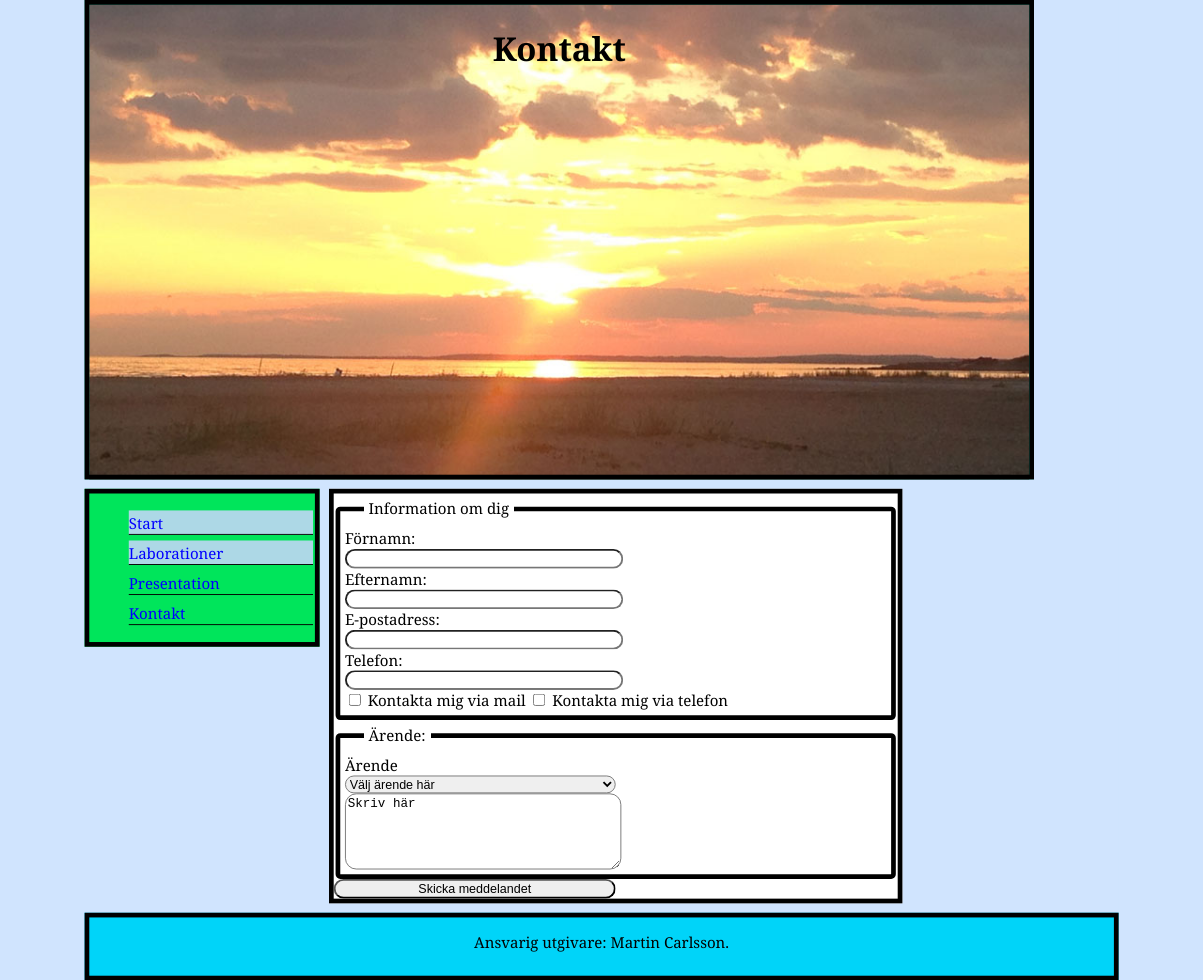
Repository: Martin-Carlsson85/HTML-och-CSS
Page: pages/kontakt.html
The author's editor kept a record of every edit. The page is drawn from the files as they stood at one moment, then again after the next edit.
The browser window is 1280 px wide. The pictures show the whole page, at 94% of full size.

Above is the page before.

### pages/kontakt.html
<!doctype html>
<html lang="sv">
    <head>
        <meta charset="utf-8" />

        <title>Kontakt</title>

         <link rel="stylesheet" href="../css/pics/style.css" />

    </head>

    <body>

         <div class="header">

        <h1>Kontakt</h1>

        </div>

         <div class="navigation">

        <ul>
            <li><a href="../index.html" class="active">Start</a></li>

            <li><a href="laborationer.html" class="active">Laborationer</a></li>

            <li><a href="presentation.html">Presentation</a></li>

            <li><a href="kontakt.html">Kontakt</a></li>
        </ul>

        <div class="clear"></div>

        </div>

         <div class="content">

        <form id="form" name="form" method="post" action="http://voyager.lnu.se/tekinet/kurser/dtt/wp_webbintro/form.php">

            <fieldset>
                <legend>Information om dig</legend>

                Förnamn:
                <input type="text" name="fnamn" id="fnamn" />

                Efternamn:
                <input type="text" name="enamn" id="enamn" />

                E-postadress:
                <input type="text" name="epost" id="epost" />

                Telefon:
                <input type="text" name="telefon" id="telefon" />

                <input type="checkbox" name="kontakt" id="kontakt" value="kontakt"/>
                <label for="kontakt">Kontakta mig via mail</label>

                <input type="checkbox" name="telefon2" id="telefon2" value="telefon"/>
                <label for="telefon">Kontakta mig via telefon</label>

            </fieldset>


            <fieldset>

                <legend>Ärende:</legend>
                <label for="arende">Ärende</label>

                <select name="arende2" id="arende">
                <option> Välj ärende här </option>
                <option value="var"> Synpunkter </option>
                <option value="var"> Frågor </option>
                </select>

                <textarea name="meddelande" id="meddelande" cols="45" rows="5" >Skriv här</textarea>

            </fieldset>

            <input type="submit" name="skicka" id="skicka" value="Skicka meddelandet" />

        </form>

        </div>

        <div class="clear"></div>

         <div class="footer">

         <p>Ansvarig utgivare: Martin Carlsson.</p>

         </div>

    </body>

</html>

### css/pics/style.css
body, html
{
    background-color: #d0e4fe;
    width:1100px;
    margin:auto;
    font-family: "Georgia", "Arial", "sans-serif";

}
.logotype{
    padding: 30px;
    position: absolute;
    top: 700px;

}
.container
{

    width:960px;

}


.clear{
    clear:both;
}

.content{
    background-color: white;
    float: left;
    width: 600px;
    border-style:solid;
    border-width:5px;


}
.liststyle
{

    padding-left:25px;
}

.liststyle_2 ul li
{
    padding: 0px;
    list-style-type: none;
}

.liststyle_3 ul li{

    padding: 0px;
    list-style-type: none;
}

.liststyle_4{

    padding: 0px;
}

.liststyle_5{

    padding: 0px;
}


.vektor{
    float: left;
}

.header{
    background-image: url(bild_halmstad_2.jpg);
    background-repeat: no-repeat;
    background-color: #16a085;
    text-align: center ;
    height: 500px;
    width: 1000px;
    margin: 0px;
    border-width:5px;
    border-style:solid;
    margin-bottom: 10px;

}
.footer{
    text-align: center ;
    height:62px;
    background-color:#00D4F9;
    border-width:5px;
    border-style:solid;
    margin-top:10px;
    clear:both;


}
.navigation{
    background-color: #00E55B;
    float: left;
    width: 240px;
    margin-right: 10px;
    border-width:5px;
    border-style:solid;
}

.navigation ul{
    list-style-type: none;

}

.navigation li {
    padding: 2px;
    margin-top:2px;
}

.navigation li a {
    display: block;
    padding-top: 3px;
    border-bottom:1px solid black;
    padding-right:90px;

}

.navigation li a:hover{
     background:#27ae60;
}

.navigation li a:active{
    background:#27ae60;
}

.active{
    background-color: lightblue;
    padding-right:90px;
}

#home{
    background-image: url('sprite.png');
    margin-bottom:5px;
    background-position: 0px -50px;
    background-repeat: no-repeat;
    display: block;
    padding-left: 25px;

}

#home:hover{
    background-image: url('sprite.png');
    background-position: 0px -2px;
    background-repeat: no-repeat;
    display: block;


}


#lab{
    background-image: url('sprite.png');
    margin-bottom:5px;
    background-position: 0px -145px;
    background-repeat: no-repeat;
    display: block;
    padding-left: 25px;

}

#lab:hover{
    background-image: url('sprite.png');
    background-position: 0px -97px;
    background-repeat: no-repeat;
    display: block;

}

#pres{
    background-image: url('sprite.png');
    margin-bottom:5px;
    background-position: 0px -241px;
    background-repeat: no-repeat;
    display: block;
    padding-left: 25px;

}

#pres:hover{
    background-image: url('sprite.png');
    background-position: 0px -193px;
    background-repeat: no-repeat;
    display: block;

}

#cont{
    background-image: url('sprite.png');
    margin-bottom:5px;
    background-position: 0px -338px;
    background-repeat: no-repeat;
    display: block;
    padding-left: 25px;

}

#cont:hover{
    background-image: url('sprite.png');
    background-position: 0px -290px;
    background-repeat: no-repeat;
    display: block;

}

h1{
    font-size:35px;
    color: black;
    text-align: center;
}

h2{	font-size:25px;}
h3{	font-size:20px;}
h4{	font-size:17px;}
h5{	font-size:14px;}



fieldset {

    border: 5px solid black;
    border-radius: 5px;
    padding: 5px;
}

fieldset legend {
    padding: 5px 5px ;
    font-size: 16px;
    border-radius: 5px;
    margin-left: 20px;
}


#skicka{
    border-radius: 12px;
    color:Black;
    display: block ;
    width:50%;
}

#meddelande{

    border-radius: 12px;
    Color:Black;
    display: block ;
    width:50%;
}
#arende{

    border-radius: 12px;
    Color:Black;
    display: block ;
    width:50%;
}

#arende2{
    border-radius: 12px;
    Color:Black;
    display: block ;
    width:50%;

}
#fnamn{
    border-radius: 12px;
    Color:Black;
    display: block ;
    width:50%;

}
#enamn{
    border-radius: 12px;
    Color:Black;
    display: block ;
    width:50%;

}

#epost{
    border-radius: 12px;
    color:Black;
    display: block ;
    width:50%;

}

#telefon{
    border-radius: 12px;
    Color:Black;
    display: block ;
    width:50%;

}

#telefon2{
    border-radius: 12px;
    Color:Black;
    text-align: left;

}

#kontakt{
    border-radius: 12px;
    Color:Black;
    text-align: left;

}

a:link {
    color: blue;
    text-decoration: none;

}

a:visited{

    color: blue;

}

a:focus{

     text-decoration: none;

}

a:hover {
    text-decoration:none;



}



a:active {

    color:Black;


}





.table{

    text-align: center;
    padding: 10px;
    position: absolute;
    left: 400px;
    top: 0px;

}

.kevin{
    float: right;

}

.text{
   padding: 0px;
}

.video{
    margin: 60px;

}

.printLink{
    display:none;
}

After the next edit:
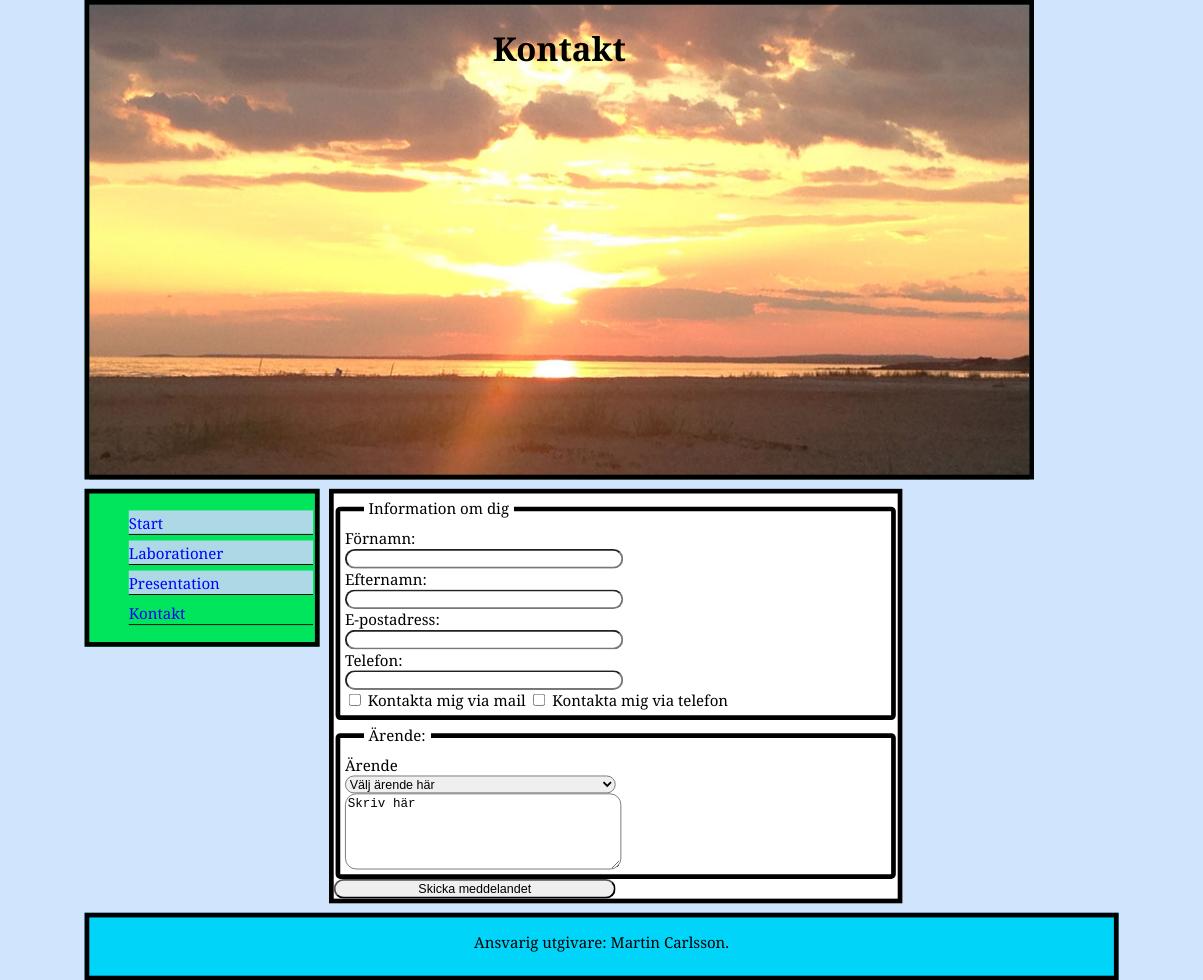
The edit:
--- a/pages/kontakt.html
+++ b/pages/kontakt.html
@@ -24,7 +24,7 @@
 
             <li><a href="laborationer.html" class="active">Laborationer</a></li>
 
-            <li><a href="presentation.html">Presentation</a></li>
+            <li><a href="presentation.html" class="active">Presentation</a></li>
 
             <li><a href="kontakt.html">Kontakt</a></li>
         </ul>
